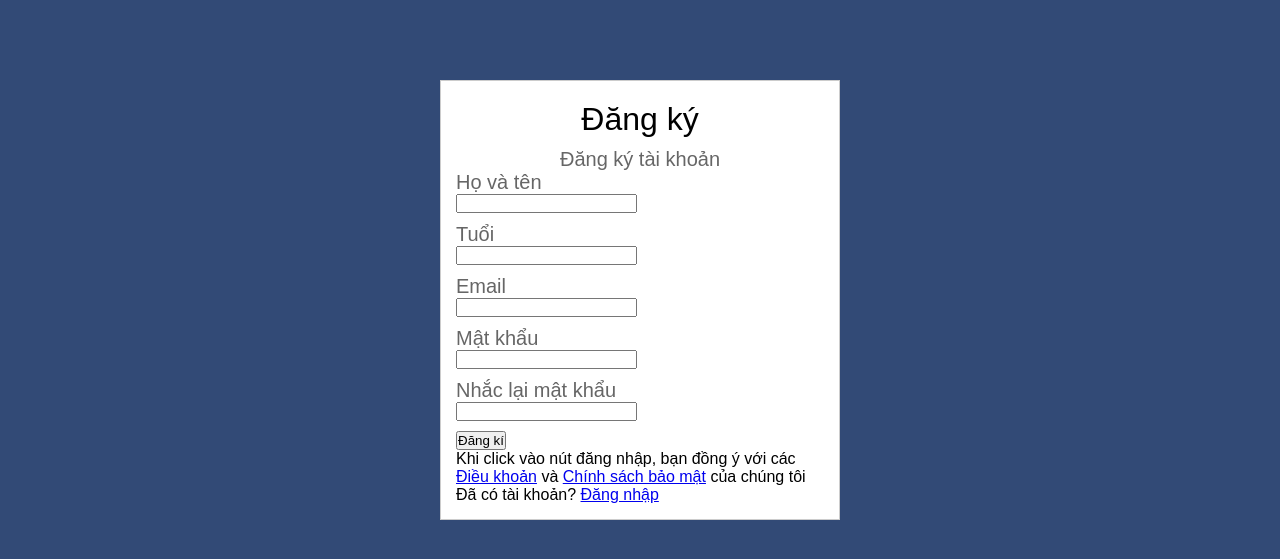
Repository: Ngoc28/HTML-CSS
Page: form/index.html
An editor plug-in stored every save of this project. The page is shown before and after the next save, followed by the edit.
The browser window is 1280 px wide. The pictures show the whole page.

Above is the page before, as saved 2023-08-05 14:51:04.

After the next save:
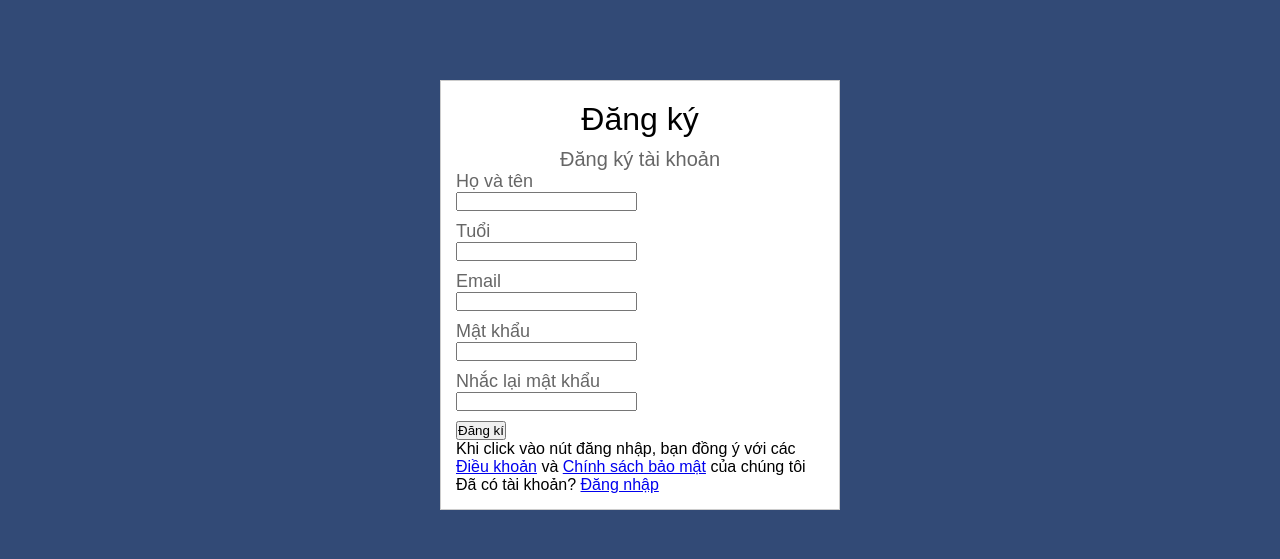
Saved 22 s later.
--- a/form/styles.css
+++ b/form/styles.css
@@ -44,6 +44,6 @@ body {
 
 .block-form label {
     display: block;
-    font-size: 20px;
+    font-size: 18px;
     color: #666;
 }
